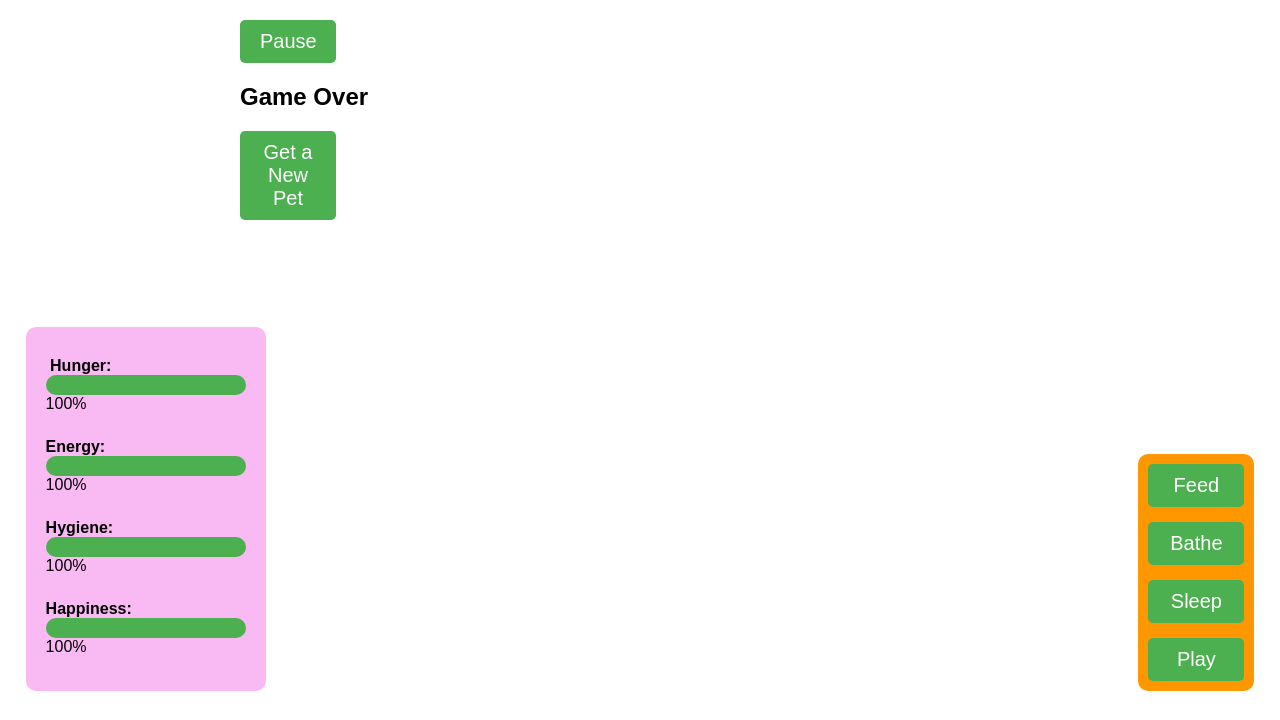
Repository: sarahjx/CapyCare
Page: html/index.html
An editor plug-in stored every save of this project. The page is shown before and after a run of saves, followed by the edit.
The browser window is 1280 px wide. The pictures show the whole page.
Some web fonts or font styles are not loaded; a fallback is used.

Above is the page before, as saved 2025-04-30 17:54:42.

### html/index.html
<!-- @format -->

<!DOCTYPE html>
<html lang="en">
  <head>
    <meta charset="UTF-8" />
    <meta name="viewport" content="width=device-width, initial-scale=1.0" />
    <title>Virtual Pet Game</title>
    <link rel="preconnect" href="https://fonts.googleapis.com">
    <link rel="preconnect" href="https://fonts.gstatic.com" crossorigin>
    <link href="https://fonts.googleapis.com/css2?family=McLaren&display=swap" rel="stylesheet">
    <link rel="stylesheet" href="../css/statusbar.css" />
  </head>
  <body>
    <div class="status-bar-container">

      <div class="status-bar">
        <span class="hunger-icon"><img src="" alt=""></span>
        <span class="status-label">Hunger:</span>
        <div class="status-progress">
          <div id="hunger-bar" class="status-fill" style="width: 100%"></div>
        </div>
        <span id="hunger-value">100%</span>
        <div id="hunger-warning" class="warning"></div>
      </div>

      <div class="status-bar">
        <span class="status-label">Energy:</span>
        <div class="status-progress">
          <div id="energy-bar" class="status-fill" style="width: 100%"></div>
        </div>
        <span id="energy-value">100%</span>
        <div id="energy-warning" class="warning"></div>
      </div>

      <div class="status-bar">
        <span class="status-label">Hygiene:</span>
        <div class="status-progress">
          <div id="hygiene-bar" class="status-fill" style="width: 100%"></div>
        </div>
        <span id="hygiene-value">100%</span>
        <div id="hygiene-warning" class="warning"></div>
      </div>

      <div class="status-bar">
        <span class="status-label">Happiness:</span>
        <div class="status-progress">
          <div id="happiness-bar" class="status-fill" style="width: 100%"></div>
        </div>
        <span id="happiness-value">100%</span>
        <div id="happiness-warning" class="warning"></div>
      </div>
    </div>

      <div class="action-buttons">
        <button onclick="feedPet(currentPet)">Feed</button>
        <button onclick="bathePet(currentPet)">Bathe</button>
        <button onclick="bedtime(currentPet)">Sleep</button>
        <button onclick="touchPet(currentPet)">Play</button>
      </div>
      <button id="pauseButton" onclick="togglePause()" class="pause-button">
        Pause
      </button>
    </div>

    <div id="gameOverScreen" class="game-over-screen">
      <div class="game-over-content">
        <h2>Game Over</h2>
        <p id="gameOverMessage"></p>
        <button onclick="resetGame()">Get a New Pet</button>
      </div>
    </div>

    <script src="../backend/status.js"></script>
  </body>
</html>

### css/statusbar.css
:root {
  --primary-color: #F9D9D9;
  --secondary-color: #D9E7F9;
  --tertiary-color: #FFF1FB;
  --accent-color: #F7EFD7;
  --text-color: #333;
  --spacing-xs: 0.5rem;
  --spacing-sm: 0.75rem;
  --spacing-md: 1rem;
  --spacing-lg: 1.5rem;
  --spacing-xl: 2rem;
  --spacing-xxl: 3rem;
  --font-family: 'McLaren', sans-serif;
  --font-size-xs: 0.75rem;
  --font-size-sm: 0.875rem;
  --font-size-md: 1rem;
  --font-size-lg: 1.125rem;
  --font-size-xl: 1.25rem;
  --font-size-xxl: 1.5rem;
}

body {
  font-family: var(--font-family);
  font-weight: 10;
  max-width: 800px;
  margin: 0 auto;
  padding: 20px;
  background-color: #ffffff;
}

.status-bar-container {
  position: fixed;
  background-color: rgb(249, 185, 243);
  padding: 20px;
  border-radius: 10px;
  display: inline-flex;
  flex-direction: column;
  bottom: 4%;
  left: 2%;
}

.status-bar {
  margin: 10px 0;
}

.status-label {
  display: inline-block;
  width: 100px;
  font-weight: bold;
}

.status-progress {
  width: 200px;
  height: 20px;
  background-color: #eee;
  border-radius: 10px;
  overflow: hidden;
}

.status-fill {
  height: 100%;
  background-color: #4caf50;
  transition: width 0.3s ease;
}

.action-buttons {
  margin-top: 20px;
  display: inline-flex;
  flex-direction: column;
  padding: 10px;
  border-radius: 10px;
  gap: 15px;
  background-color: #ff9800;
  position: fixed;
  right: 2%;
  bottom: 4%;

}


button {
  padding: 10px 20px;
  border: none;
  border-radius: 5px;
  background-color: #4caf50;
  color: white;
  cursor: pointer;
  transition: background-color 0.3s;
  width: 6rem;
  font-family: var(--font-family);
  font-weight: 7pt;
  font-size: var(--font-size-xl);

}

button:hover {
  background-color: #45a049;
}

.warning {
  color: #ff9800;
  font-weight: bold;
  margin-top: 5px;
}

.critical {
  color: #f44336;
  font-weight: bold;
  margin-top: 5px;
}

### backend/status.js
/** @format */

function Personality(favFood, active, clean, clingy, foodLover, introText) {
  this.favFood = favFood;
  this.active = active;
  this.clean = clean;
  this.clingy = clingy;
  this.foodLover = foodLover;
  this.intro = introText;
}

const mix1 = new Personality(
  "Sunfruit",
  true,
  true,
  true,
  true,
  "This pet is energetic and playful, always ready to explore or play. They love the taste of Sunfruit and will happily eat it when offered, but they'll need constant attention, so expect lots of petting and cuddling. Despite their active nature, they stay clean and are easy to bathe. This pet loves affection and will return it in kind!"
);
const mix2 = new Personality(
  "Snakberry",
  true,
  true,
  false,
  true,
  "This pet is full of energy and loves to make the most of their days. They are particularly fond of Snakberries, which they will devour happily, but they tend to get hungry more often due to their high energy levels. Despite their active nature, they keep themselves clean and are easy to bathe. They're not overly clingy, so while they'll happily spend time with you, they won't be demanding affection constantly."
);
const mix3 = new Personality(
  "Dreamleaf",
  false,
  false,
  true,
  false,
  "This pet is laid-back and enjoys spending time with you, always seeking your company. They love Dreamleaf as a treat, but they're not particularly food-driven and don't get hungry as often. While they may get a little dirty from time to time, they tend to move around when you try to bathe them. Expect them to seek out your attention frequently, and be ready to shower them with love when they come to you for pets."
);

const personalities = [mix1, mix2, mix3];

// Global variable to store current pet
let currentPet = null;

// Store interval IDs globally
let hungerInterval = null;
let energyInterval = null;
let hygieneInterval = null;
let happinessInterval = null;

let isGameOver = false;

function getRandomPersonality() {
  const randomIndex = Math.floor(Math.random() * personalities.length);
  currentPet = personalities[randomIndex];
  console.log("New pet initialized:", currentPet.intro);
  return currentPet;
}

let hunger = 100;
let energy = 100;
let hygiene = 100;
let happiness = 100;

// Personality-based status decrease functions
function decreaseHunger() {
  if (!currentPet || isGameOver) return;

  // Food lovers get hungry faster
  const decreaseAmount = currentPet.foodLover ? 15 : 10;
  if (hunger <= 0) {
    hunger = 0;
    if (checkGameOver()) return;
  } else if (hunger > 0) {
    hunger -= decreaseAmount;
    if (checkGameOver()) return;
  }
  console.log("Hunger: " + hunger);
  warning();
}

function decreaseEnergy() {
  if (!currentPet || isGameOver) return;

  // Active pets lose energy faster
  const decreaseAmount = currentPet.active ? 15 : 10;
  if (energy <= 0) {
    energy = 0;
    if (checkGameOver()) return;
  } else if (energy > 0) {
    energy -= decreaseAmount;
    if (checkGameOver()) return;
  }
  console.log("Energy: " + energy);
  warning();
}

function decreaseHygiene() {
  if (!currentPet || isGameOver) return;

  // Clean pets lose hygiene slower
  const decreaseAmount = currentPet.clean ? 8 : 12;
  if (hygiene <= 0) {
    hygiene = 0;
    if (checkGameOver()) return;
  } else if (hygiene > 0) {
    hygiene -= decreaseAmount;
    if (checkGameOver()) return;
  }
  console.log("Hygiene: " + hygiene);
  warning();
}

function decreaseHappiness() {
  if (!currentPet || isGameOver) return;

  // Clingy pets lose happiness faster when not attended to
  const decreaseAmount = currentPet.clingy ? 15 : 10;
  if (happiness <= 0) {
    happiness = 0;
    if (checkGameOver()) return;
  } else if (happiness > 0) {
    happiness -= decreaseAmount;
    if (checkGameOver()) return;
  }
  console.log("Happiness: " + happiness);
  warning();
}

// Update intervals with personality-based timing
function updateIntervals() {
  // Clear any existing intervals
  if (hungerInterval) clearInterval(hungerInterval);
  if (energyInterval) clearInterval(energyInterval);
  if (hygieneInterval) clearInterval(hygieneInterval);
  if (happinessInterval) clearInterval(happinessInterval);

  // Set new intervals based on personality
  hungerInterval = setInterval(
    () => {
      decreaseHunger();
      warning();
    },
    currentPet.foodLover ? 6000 : 8000
  );

  energyInterval = setInterval(
    () => {
      decreaseEnergy();
      warning();
    },
    currentPet.active ? 8000 : 12000
  );

  hygieneInterval = setInterval(
    () => {
      decreaseHygiene();
      warning();
    },
    currentPet.clean ? 18000 : 15000
  );

  happinessInterval = setInterval(
    () => {
      decreaseHappiness();
      warning();
    },
    currentPet.clingy ? 8000 : 10000
  );

  console.log("Intervals updated for pet:", currentPet.intro);
}

// Pause game function
function pauseGame() {
  if (hungerInterval) clearInterval(hungerInterval);
  if (energyInterval) clearInterval(energyInterval);
  if (hygieneInterval) clearInterval(hygieneInterval);
  if (happinessInterval) clearInterval(happinessInterval);
  console.log("Game paused");
}

// Resume game function
function resumeGame() {
  updateIntervals();
  console.log("Game resumed");
}

// Initialize with a random pet and start intervals
currentPet = getRandomPersonality();
updateIntervals();

function touchPet(personality) {
  if (personality.clingy) {
    gainStatus("happiness");
    console.log("Your pet loves the attention!");
  } else {
    loseStatus("happiness");
    console.log("Your pet prefers their space.");
  }
}

function feedPet(personality) {
  gainStatus("hunger"); // Always increase hunger
  if (personality.foodLover) {
    gainStatus("happiness");
    console.log("Your pet loves the food!");
  } else {
    loseStatus("happiness");
    console.log("Your pet isn't very interested in food.");
  }
}

function bathePet(personality) {
  gainStatus("hygiene"); // Always increase hygiene
  if (personality.clean) {
    gainStatus("happiness");
    console.log("Your pet enjoys being clean!");
  } else {
    loseStatus("happiness");
    console.log("Your pet doesn't like baths.");
  }
}

function bedtime(personality) {
  gainStatus("energy"); // Always increase energy
  if (personality.active) {
    loseStatus("happiness");
    console.log("Your pet is too energetic to sleep!");
  } else {
    gainStatus("happiness");
    console.log("Your pet enjoys resting.");
  }
}

function gainStatus(category) {
  switch (category) {
    case "hunger":
      if (hunger >= 100) {
        console.log("Hunger is full!");
      } else if (hunger < 100) {
        hunger += 10;
        console.log("Hunger: " + hunger);
      }
      break;
    case "energy":
      if (energy >= 100) {
        console.log("Energy is full!");
      } else if (energy < 100) {
        energy += 10;
        console.log("Energy: " + energy);
      }
      break;
    case "hygiene":
      if (hygiene >= 100) {
        console.log("Hygiene is full!");
      } else if (hygiene < 100) {
        hygiene += 10;
        console.log("Hygiene: " + hygiene);
      }
      break;
    case "happiness":
      if (happiness >= 100) {
        console.log("Happiness is full!");
      } else if (happiness < 100) {
        happiness += 10;
        console.log("Happiness: " + happiness);
      }
      break;
    default:
      console.log("Invalid category");
  }
}

function loseStatus(category) {
  switch (category) {
    case "hunger":
      if (hunger <= 0) {
        console.log("Hunger is empty!");
        hunger = 0;
      } else if (hunger > 0) {
        hunger -= 10;
        console.log("Hunger: " + hunger);
      }
      break;
    case "energy":
      if (energy <= 0) {
        console.log("Energy is empty!");
        energy = 0;
      } else if (energy > 0) {
        energy -= 10;
        console.log("Energy: " + energy);
      }
      break;
    case "hygiene":
      if (hygiene <= 0) {
        console.log("Hygiene is empty!");
        hygiene = 0;
      } else if (hygiene > 0) {
        hygiene -= 10;
        console.log("Hygiene: " + hygiene);
      }
      break;
    case "happiness":
      if (happiness <= 0) {
        console.log("Happiness is empty!");
        happiness = 0;
      } else if (happiness > 0) {
        happiness -= 10;
        console.log("Happiness: " + happiness);
      }
      break;
    default:
      console.log("Invalid category");
  }
}

function warning() {
  // Hunger warnings
  if (hunger <= 50 && hunger > 20) {
    document.getElementById("hunger-warning").textContent =
      "Your pet is getting hungry!";
    document.getElementById("hunger-warning").className = "warning";
  } else if (hunger <= 20 && hunger > 0) {
    document.getElementById("hunger-warning").textContent =
      "Your pet is starving!";
    document.getElementById("hunger-warning").className = "critical";
  } else {
    document.getElementById("hunger-warning").textContent = "";
  }

  // Energy warnings
  if (energy <= 50 && energy > 20) {
    document.getElementById("energy-warning").textContent =
      "Your pet is getting tired!";
    document.getElementById("energy-warning").className = "warning";
  } else if (energy <= 20 && energy > 0) {
    document.getElementById("energy-warning").textContent =
      "Your pet is exhausted!";
    document.getElementById("energy-warning").className = "critical";
  } else {
    document.getElementById("energy-warning").textContent = "";
  }

  // Hygiene warnings
  if (hygiene <= 50 && hygiene > 20) {
    document.getElementById("hygiene-warning").textContent =
      "Your pet needs a bath!";
    document.getElementById("hygiene-warning").className = "warning";
  } else if (hygiene <= 20 && hygiene > 0) {
    document.getElementById("hygiene-warning").textContent =
      "Your pet is filthy!";
    document.getElementById("hygiene-warning").className = "critical";
  } else {
    document.getElementById("hygiene-warning").textContent = "";
  }

  // Happiness warnings
  if (happiness <= 50 && happiness > 20) {
    document.getElementById("happiness-warning").textContent =
      "Your pet is getting sad!";
    document.getElementById("happiness-warning").className = "warning";
  } else if (happiness <= 20 && happiness > 0) {
    document.getElementById("happiness-warning").textContent =
      "Your pet is depressed!";
    document.getElementById("happiness-warning").className = "critical";
  } else {
    document.getElementById("happiness-warning").textContent = "";
  }
}

function checkGameOver() {
  if (hunger <= 0 || energy <= 0 || hygiene <= 0 || happiness <= 0) {
    isGameOver = true;
    pauseGame();
    showGameOver();
    return true;
  }
  return false;
}

function showGameOver() {
  let reason = "";
  if (hunger <= 0) reason = "Your pet starved to death!";
  else if (energy <= 0) reason = "Your pet died from exhaustion!";
  else if (hygiene <= 0) reason = "Your pet died from poor hygiene!";
  else if (happiness <= 0) reason = "Your pet died from sadness!";

  console.log("GAME OVER: " + reason);
  document.getElementById("gameOverMessage").textContent = reason;
  document.getElementById("gameOverScreen").style.display = "flex";
}

function resetGame() {
  isGameOver = false;
  hunger = 70;
  energy = 70;
  hygiene = 70;
  happiness = 70;
  document.getElementById("gameOverScreen").style.display = "none";
  currentPet = getRandomPersonality();
  updateStatusBars();
  updateIntervals();
}

let isPaused = false;

      function togglePause() {
        isPaused = !isPaused;
        const pauseButton = document.getElementById("pauseButton");
        const buttons = document.querySelectorAll(
          ".buttons button:not(#pauseButton)"
        );

        if (isPaused) {
          pauseButton.textContent = "Resume";
          pauseButton.classList.add("paused");
          buttons.forEach((button) => (button.disabled = true));
          pauseGame();
        } else {
          pauseButton.textContent = "Pause";
          pauseButton.classList.remove("paused");
          buttons.forEach((button) => (button.disabled = false));
          resumeGame();
        }
      }

      // Update status bars
      function updateStatusBars() {
        document.getElementById("hunger-bar").style.width = hunger + "%";
        document.getElementById("energy-bar").style.width = energy + "%";
        document.getElementById("hygiene-bar").style.width = hygiene + "%";
        document.getElementById("happiness-bar").style.width = happiness + "%";

        document.getElementById("hunger-value").textContent = hunger + "%";
        document.getElementById("energy-value").textContent = energy + "%";
        document.getElementById("hygiene-value").textContent = hygiene + "%";
        document.getElementById("happiness-value").textContent =
          happiness + "%";
      }

      // Override console.log to update UI
      const originalConsoleLog = console.log;
      console.log = function () {
        originalConsoleLog.apply(console, arguments);
        updateStatusBars();
      };

      // Initial update
      updateStatusBars();

After the next 6 saves:
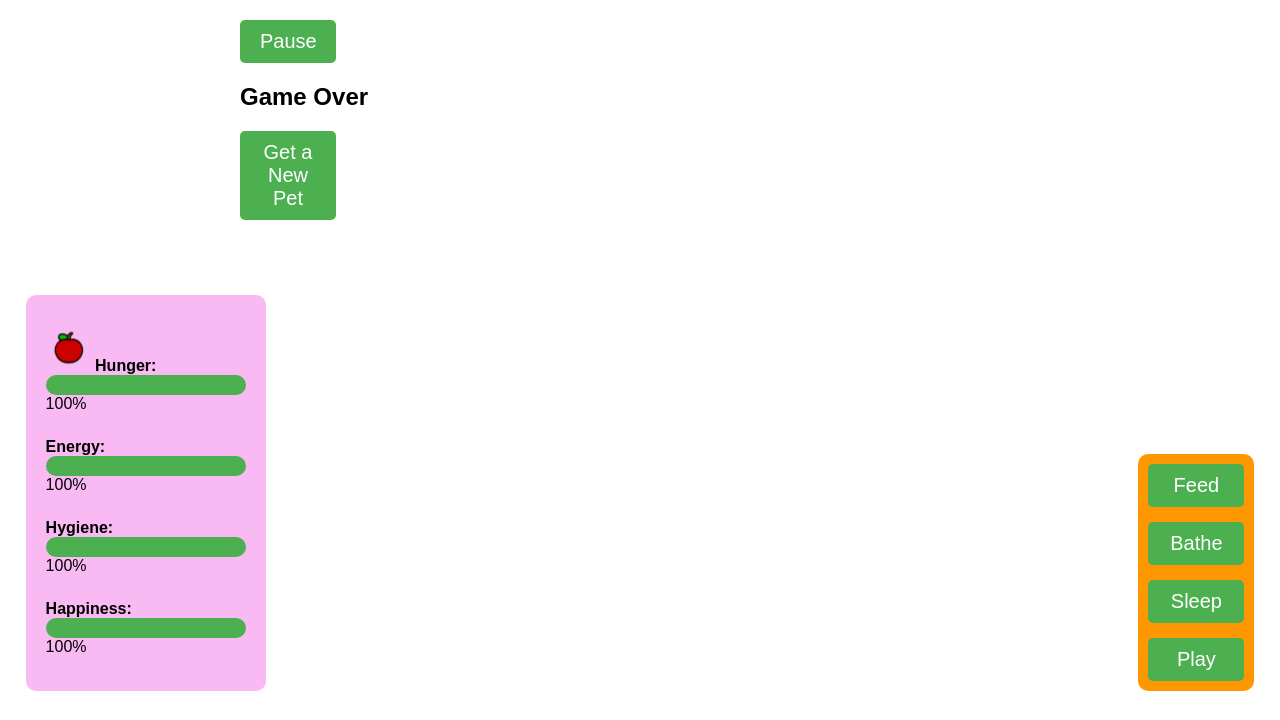
The 6 saves are shown as one change because they came seconds apart.
The last was saved 14 s later.
--- a/html/index.html
+++ b/html/index.html
@@ -15,7 +15,7 @@
     <div class="status-bar-container">
 
       <div class="status-bar">
-        <span class="hunger-icon"><img src="" alt=""></span>
+        <span class="hunger-icon"><img src="../images/hunger.svg" alt=""></span>
         <span class="status-label">Hunger:</span>
         <div class="status-progress">
           <div id="hunger-bar" class="status-fill" style="width: 100%"></div>
